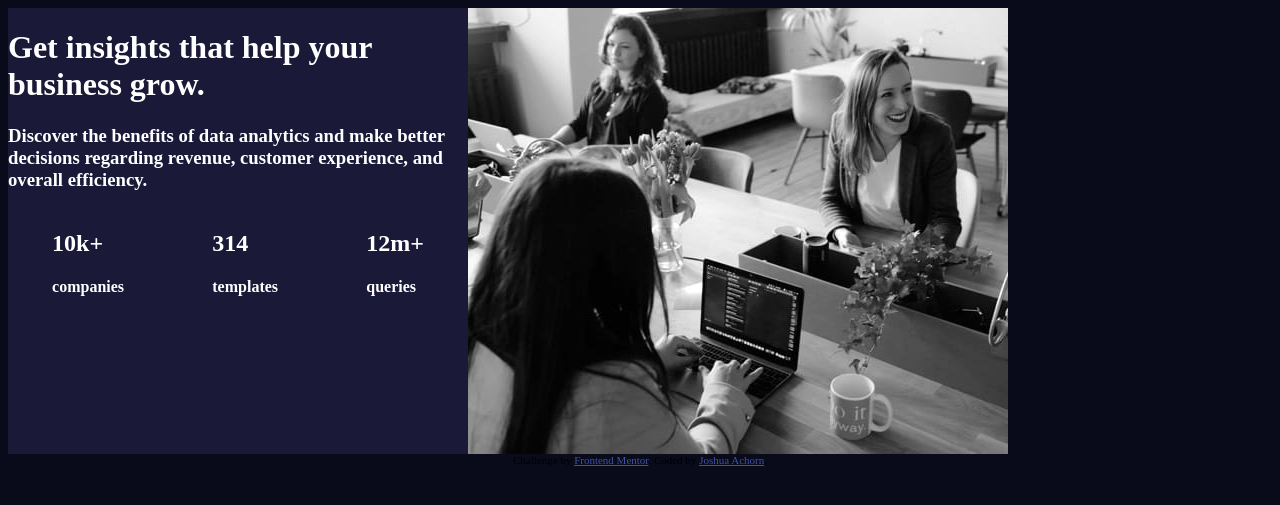
Repository: Achorn/stats-preview-card
Page: index.html
An editor plug-in stored every save of this project. The page is shown before and after the next save, followed by the edit.
The browser window is 1280 px wide. The pictures show the whole page.

Above is the page before, as saved 2021-06-16 16:05:41.

After the next save:
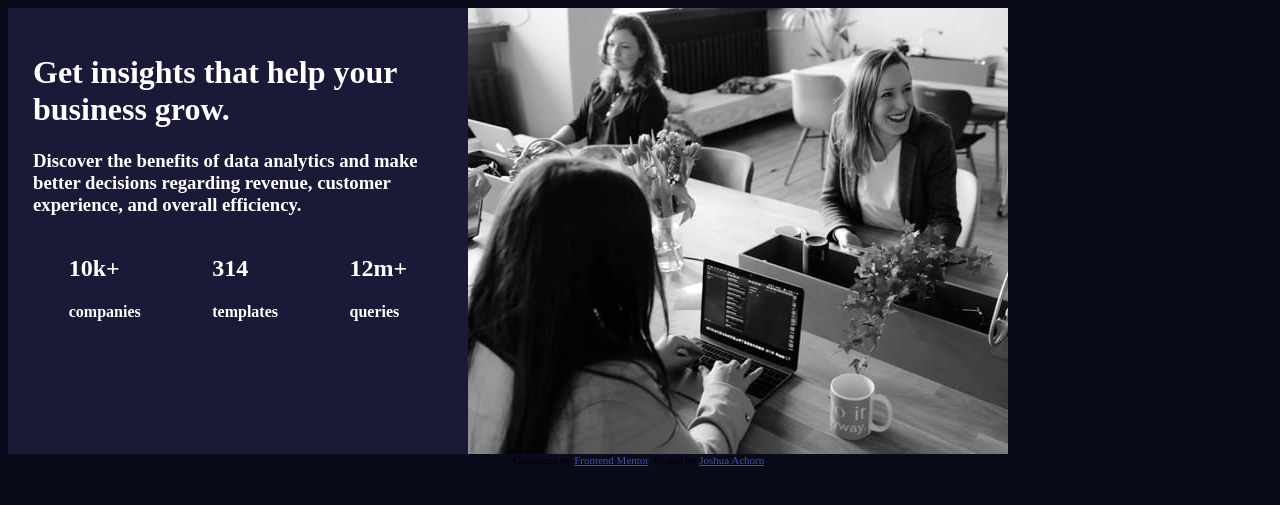
Saved 51 s later.
--- a/styles.css
+++ b/styles.css
@@ -10,6 +10,7 @@ body {
 }
 
 #text-container {
+  padding: 25px;
   width: 50%;
 }
 
